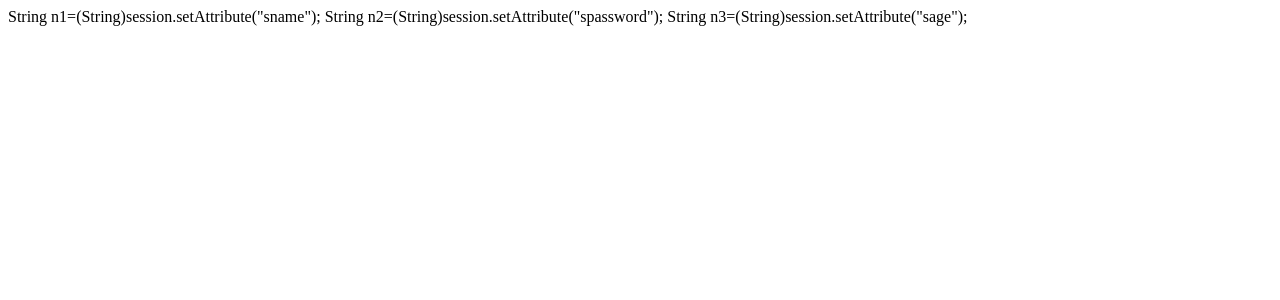
Repository: LAKSHMINAVYATADIKAMALLA/training
Page: http://localhost/JspGetandSet/Output.jsp
These files come from the project's save history. The page is drawn as it stood at one moment and after the next save; the edit follows.
The browser window is 1280 px wide. The pictures show the whole page.
The page is served by Tomcat 9.

Above is the page before, as saved 2020-02-12 05:54:38.

After the next save:
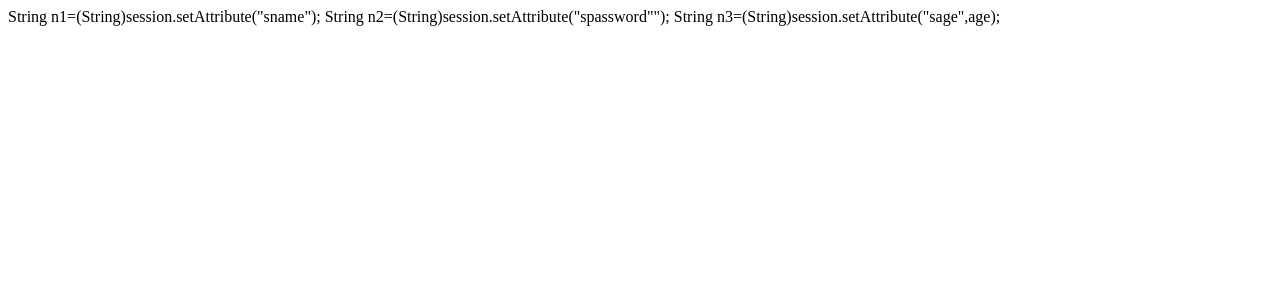
Saved 35 min 47 s later.
--- a/JspGetandSet/WebContent/Output.jsp
+++ b/JspGetandSet/WebContent/Output.jsp
@@ -8,8 +8,8 @@
 </head>
 <body>
 String n1=(String)session.setAttribute("sname");
-String n2=(String)session.setAttribute("spassword");
-String n3=(String)session.setAttribute("sage");
+String n2=(String)session.setAttribute("spassword"");
+String n3=(String)session.setAttribute("sage",age);
 
 
 </body>
